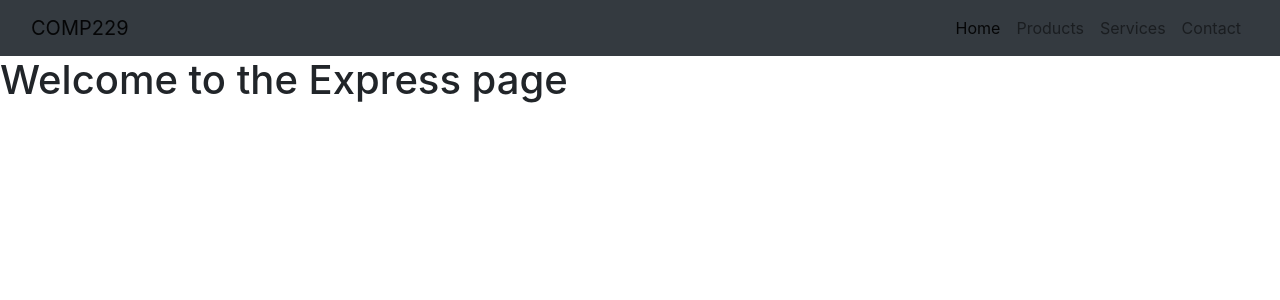
Repository: arsh16/week3_demo2
Page: http://localhost/
The author's editor kept a copy of each file at every save. The page is drawn from the files as they stood at one save, then again after the next save.
The browser window is 1280 px wide. The pictures show the whole page.
Some web libraries are served in a nearby version. The page is served by the project's Node server (server.js). Other server files are loaded and not shown.

Above is the page before, as saved 2021-09-30 11:24:14.

### views/index.ejs
<!DOCTYPE html>
<html lang="en">
<head>
  <meta charset="UTF-8">
  <meta http-equiv="X-UA-Compatible" content="IE=edge">
  <meta name="viewport" content="width=device-width, initial-scale=1.0">
  <title><%= title %></title>

  <!--css-->
  <link rel='stylesheet' href='/Content/app.css' />

<!--These stylesheets were saying 404 in console-->

  <!--<link rel="stylesheet" href="/bootstrap/dist/bootstrap.min.css">
  <link rel="stylesheet" href='/@fortawesome/fontawesome-free/css/all.min.css'-->

  <link rel="stylesheet" href="https://cdn.jsdelivr.net/npm/bootstrap@4.6.0/dist/css/bootstrap.min.css" integrity="sha384-B0vP5xmATw1+K9KRQjQERJvTumQW0nPEzvF6L/Z6nronJ3oUOFUFpCjEUQouq2+l" crossorigin="anonymous">
 <link rel="stylesheet" href="https://cdnjs.cloudflare.com/ajax/libs/font-awesome/5.9.0/css/solid.min.css">


</head>

<!--body-->
<body>

  <!--main nav-->
  <nav class="navbar navbar-expand-lg navbar-light bg-dark">
    <div class="container-fluid">
      <a class="navbar-brand" href="#">COMP229</a>
      <button class="navbar-toggler" type="button" data-bs-toggle="collapse" data-bs-target="#navbarSupportedContent" aria-controls="navbarSupportedContent" aria-expanded="false" aria-label="Toggle navigation">
        <span class="navbar-toggler-icon"></span>
      </button>

      <div class="collapse navbar-collapse" id="navbarSupportedContent">
        <ul class="navbar-nav ml-auto mb-2 mb-lg-0">

          <li class="nav-item">
            <a class="nav-link active" aria-current="page" href="/home">Home</a>
          </li>

          <li class="nav-item">
            <a class="nav-link" href="/products">Products</a>
          </li>

             <li class="nav-item">
            <a class="nav-link" href="/services">Services</a>
          </li>

             <li class="nav-item">
            <a class="nav-link" href="/contact">Contact</a>
          </li>


        </ul>

      </div>
    </div>
  </nav>

  <h1>Welcome to the <%= title %> page</h1>

  <!--scripts-->
  <script src="https://ajax.googleapis.com/ajax/libs/jquery/2.1.1/jquery.min.js"></script>
 <!-- <script src="/jquery/dist/jquery.min.js"></script>-->
  <script src="/Scripts/app.js"></script>
</body>
</html>

### server.js
#!/usr/bin/env node

/**
 * Module dependencies.
 */

var app = require('./app');
var debug = require('debug')('assignment1:server');
var http = require('http');

/**
 * Get port from environment and store in Express.
 */

var port = normalizePort(process.env.PORT || '3000');
app.set('port', port);

/**
 * Create HTTP server.
 */

var server = http.createServer(app);

/**
 * Listen on provided port, on all network interfaces.
 */

server.listen(port);
server.on('error', onError);
server.on('listening', onListening);

/**
 * Normalize a port into a number, string, or false.
 */

function normalizePort(val) {
  var port = parseInt(val, 10);

  if (isNaN(port)) {
    // named pipe
    return val;
  }

  if (port >= 0) {
    // port number
    return port;
  }

  return false;
}

/**
 * Event listener for HTTP server "error" event.
 */

function onError(error) {
  if (error.syscall !== 'listen') {
    throw error;
  }

  var bind = typeof port === 'string'
    ? 'Pipe ' + port
    : 'Port ' + port;

  // handle specific listen errors with friendly messages
  switch (error.code) {
    case 'EACCES':
      console.error(bind + ' requires elevated privileges');
      process.exit(1);
      break;
    case 'EADDRINUSE':
      console.error(bind + ' is already in use');
      process.exit(1);
      break;
    default:
      throw error;
  }
}

/**
 * Event listener for HTTP server "listening" event.
 */

function onListening() {
  var addr = server.address();
  var bind = typeof addr === 'string'
    ? 'pipe ' + addr
    : 'port ' + addr.port;
  debug('Listening on ' + bind);
}

### routes/index.js
var express = require('express');
var router = express.Router();

/* GET home page. */
router.get('/', function(req, res, next) {
  res.render('index', { title: 'Express' });
});

router.get('/about', function(req, res, next) {
  res.render('index', { title: 'About' });
});

router.get('/products', function(req, res, next) {
  res.render('index', { title: 'Products'});
});

router.get('/services', function(req, res, next) {
  res.render('index', { title: 'Services' });
});

router.get('/contact', function(req, res, next) {
  res.render('index', { title: 'Contact' });
});

module.exports = router;

### app.js
let createError = require('http-errors');
let express = require('express');
let path = require('path');
let cookieParser = require('cookie-parser');
let logger = require('morgan');

let indexRouter = require('./routes/index');
let usersRouter = require('./routes/users');

let app = express();

// view engine setup
app.set('views', path.join(__dirname, 'views'));
app.set('view engine', 'ejs');

app.use(logger('dev'));
app.use(express.json());
app.use(express.urlencoded({ extended: false }));
app.use(cookieParser());
app.use(express.static(path.join(__dirname, 'public')));

app.use('/', indexRouter);
app.use('/users', usersRouter);

// catch 404 and forward to error handler
app.use(function(req, res, next) {
  next(createError(404));
});

// error handler
app.use(function(err, req, res, next) {
  // set locals, only providing error in development
  res.locals.message = err.message;
  res.locals.error = req.app.get('env') === 'development' ? err : {};

  // render the error page
  res.status(err.status || 500);
  res.render('error');
});

module.exports = app;

### public/Content/app.css
/*-custom css--*/

### public/Scripts/app.js
/*IIFE*/

(function()
{
    function Start()
    {
        console.log("App started...");
    }
    window.addEventListener("load", Start);
})();

After the next save:
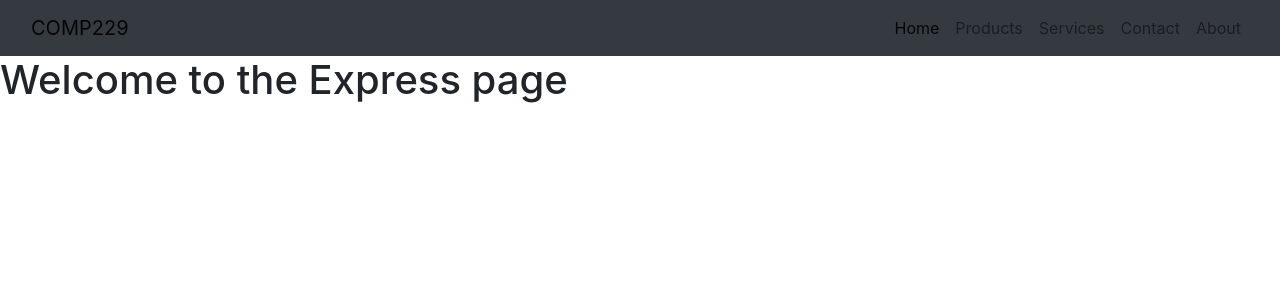
Saved 60 s later.
--- a/views/index.ejs
+++ b/views/index.ejs
@@ -50,6 +50,9 @@
             <a class="nav-link" href="/contact">Contact</a>
           </li>
 
+           <li class="nav-item">
+            <a class="nav-link" href="/about">About</a>
+
 
         </ul>
 
